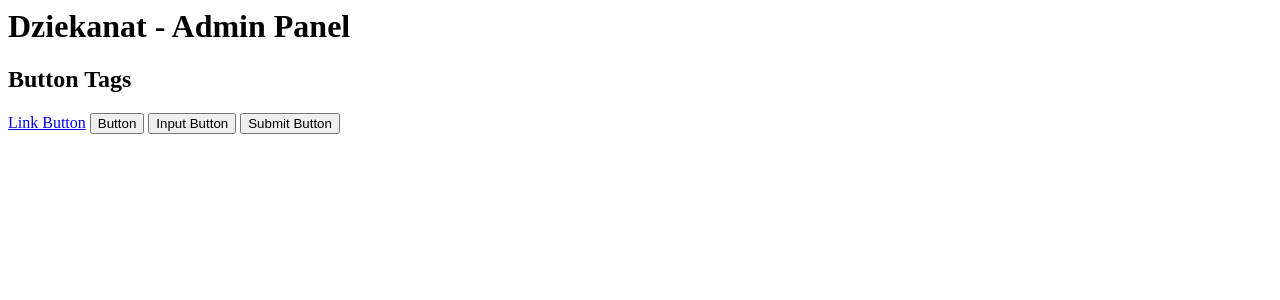
Repository: wojciechDrozd/php
Page: http://localhost/adminMenuBar.php
An editor plug-in stored every save of this project. The page is shown before and after the next save, followed by the edit.
The browser window is 1280 px wide. The pictures show the whole page.
The page is run by PHP 8.4 with error messages shown; the project is at /var/www/html/.

Above is the page before, as saved 2017-04-12 19:23:57.

### 1/CRUDexample/adminMenuBar.php
<div class="container">
	<div class="row">
		<div class="col-md-12">
			<h1>Dziekanat - Admin Panel</h1>
		</div>
	</div>
	<div class="row">

		<div class="container">
			<h2>Button Tags</h2>
			<a href="studentsTable.php" class="btn btn-info" role="button">Link Button</a>
			<button type="button" class="btn btn-info">Button</button>
			<input type="button" class="btn btn-info" value="Input Button"> <input
				type="submit" class="btn btn-info" value="Submit Button">
		</div>

	</div>

</div>

After the next save:
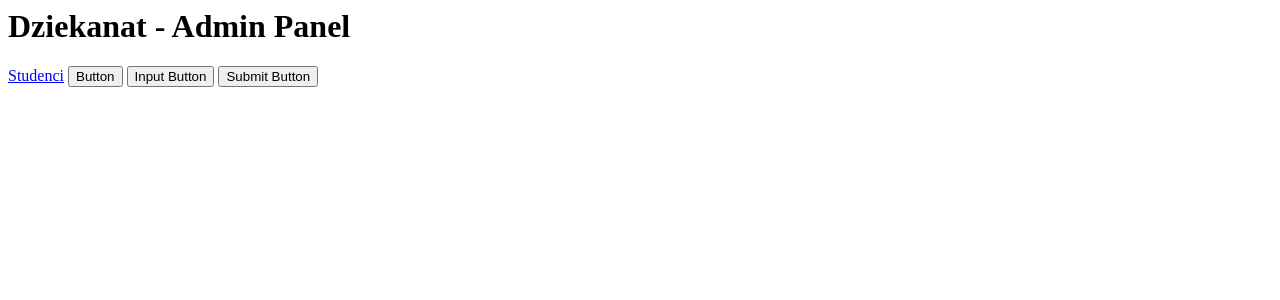
Saved 54 s later.
--- a/1/CRUDexample/adminMenuBar.php
+++ b/1/CRUDexample/adminMenuBar.php
@@ -5,15 +5,11 @@
 		</div>
 	</div>
 	<div class="row">
-
 		<div class="container">
-			<h2>Button Tags</h2>
-			<a href="studentsTable.php" class="btn btn-info" role="button">Link Button</a>
+			<a href="studentsTable.php" class="btn btn-info" role="button">Studenci</a>
 			<button type="button" class="btn btn-info">Button</button>
 			<input type="button" class="btn btn-info" value="Input Button"> <input
 				type="submit" class="btn btn-info" value="Submit Button">
 		</div>
-
 	</div>
-
 </div>
